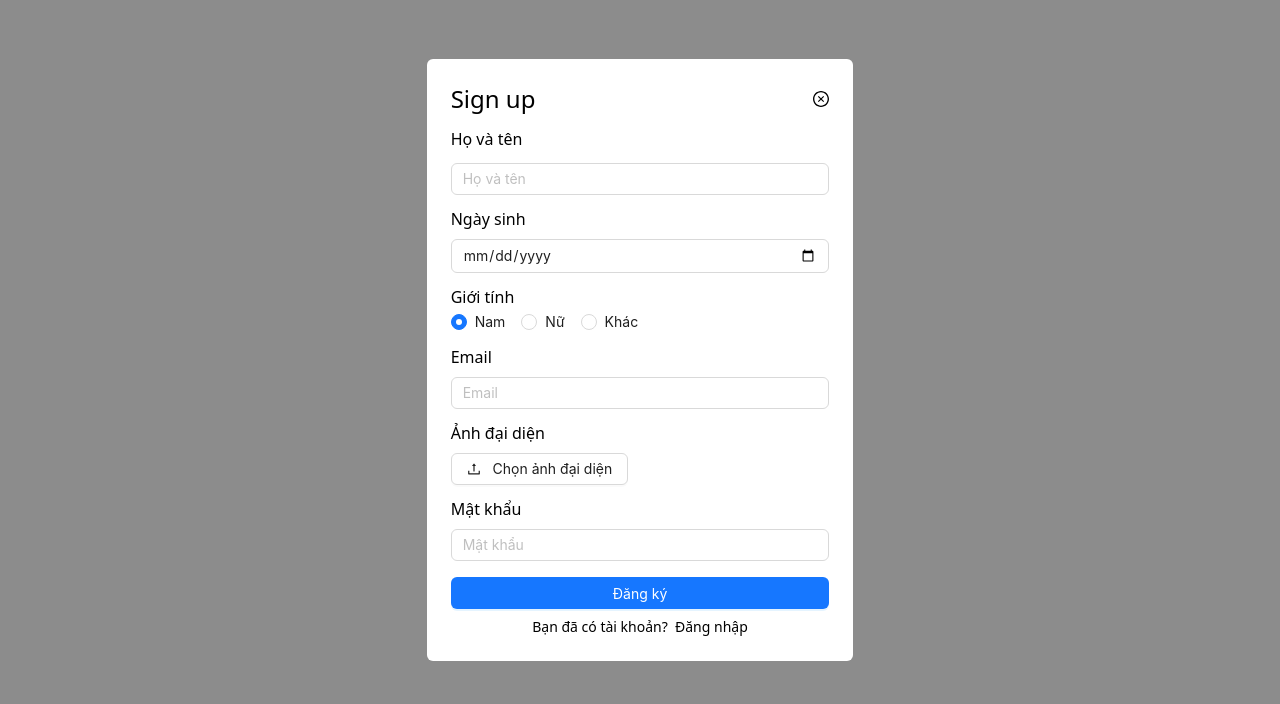
Repository: TinhTT336/MD02_Session14
Page: / (app in client/)
An editor plug-in stored every save of this project. The page is shown before and after the next save, followed by the edit.
The browser window is 1280 px wide. The pictures show the whole page.
The project was rebuilt for these pictures with package versions that can differ from the ones it lists, and the page was loaded fresh each time. Also part of the build but not shown: client/vite.config.js, client/src/components/UploadSingleFile.jsx, client/src/components/register/register.css, client/src/components/register/Register.jsx, client/src/components/register/RegisterWithImg.jsx.

Above is the page before, as saved 2023-09-14 16:48:21.

### client/index.html
<!DOCTYPE html>
<html lang="en">
  <head>
    <meta charset="UTF-8" />
    <link rel="icon" type="image/svg+xml" href="/vite.svg" />
    <meta name="viewport" content="width=device-width, initial-scale=1.0" />
    <title>Vite + React</title>
    <!-- <link
      href="https://cdn.jsdelivr.net/npm/bootstrap@5.0.2/dist/css/bootstrap.min.css"
      rel="stylesheet"
      integrity="sha384-EVSTQN3/azprG1Anm3QDgpJLIm9Nao0Yz1ztcQTwFspd3yD65VohhpuuCOmLASjC"
      crossorigin="anonymous"
    />
    <link
      rel="stylesheet"
      href="https://cdnjs.cloudflare.com/ajax/libs/font-awesome/6.4.2/css/all.min.css"
      integrity="sha512-z3gLpd7yknf1YoNbCzqRKc4qyor8gaKU1qmn+CShxbuBusANI9QpRohGBreCFkKxLhei6S9CQXFEbbKuqLg0DA=="
      crossorigin="anonymous"
      referrerpolicy="no-referrer"
    /> -->
  </head>
  <body>
    <div id="root"></div>
    <script type="module" src="/src/main.jsx"></script>
  </body>
</html>

### client/src/App.jsx

import './App.css'
import UploadSingleFile from './components/UploadSingleFile'
import Register from './components/register/Register'
import RegisterWithImg from './components/register/RegisterWithImg'
import Signup from './components/signup/Signup'

function App() {

  return (
    <>
      {/* <UploadSingleFile /> */}
      {/* <Register /> */}
      {/* <RegisterWithImg /> */}
      <Signup />
    </>
  )
}

export default App

### client/src/App.css
* {
  margin: 0;
  padding: 0;
  box-sizing: border-box;
}
.btn-primary {
  background-color: #1677ff !important;
}
.btn-primary:hover {
  background-color: #4096ff !important;
}

### client/src/components/signup/Signup.jsx
import React, { useState } from 'react';
import { CloseCircleOutlined, UploadOutlined } from "@ant-design/icons";
import { Input, Radio, Button, message, Upload, Space, notification } from 'antd';
// import { async } from '@firebase/util';
import { getDownloadURL, ref, uploadBytes } from '@firebase/storage';
import { storage } from '../../firebase/configFirebase';
import { validateEmail, validatePassword } from '../../utils/formatData';
import axios from 'axios';

export default function Signup() {
    const [gender, setGender] = useState(0);
    const [imageUrl, setImageUrl] = useState(null);

    const [user, setUser] = useState({
        username: '',
        dateOfBirth: "",
        email: '',
        avatar: "",
        password: '',
        role: 1,
    })

    const handleCheck = (e) => {
        console.log("radio checked", e.target.value);
        setGender(e.target.value);
    };

    //tao 1 tham chieu den thu muc chua kho anh tren firebase
    const imageListRef = ref(storage, 'images/')

    //Props cuar Upload
    const props = {
        name: 'file',
        action: 'https://www.mocky.io/v2/5cc8019d300000980a055e76',
        headers: {
            authorization: 'authorization-text',
        },
        onChange(info) {
            if (info.file.status !== 'uploading') {
                console.log(info.file.response.url, info.fileList);
            }
            if (info.file.status === 'done') {
                //lay duong dan cua anh sau khi hoan tat qua trinh tai
                const downloadURL = info.file.response.url;
                //luu duong dan vao 1 state
                setImageUrl(downloadURL);
                message.success("Tải lên hình ảnh thành công");
                console.log(imageUrl);
                console.log(downloadURL);
            } else if (info.file.status === 'error') {
                message.error("Tải lên hình ảnh thất bại");
            }
        },
        customRequest: async ({ file, onSuccess, onError }) => {
            try {
                //tao 1 tham chieu den thu muc chua kho anh tren firebase
                const imageRef = ref(imageListRef, file.name)

                // tai anh len firebase
                await uploadBytes(imageRef, file)

                //lay url tu firebase ve
                const downloadURL = await getDownloadURL(imageRef)

                //goi ham onSuccess de thong bao upload anh thanh cong
                onSuccess({ url: downloadURL });

            } catch (error) {
                onError(error)
            }
        }
    };

    // ham lay thong tin tu o input
    const handleInputChange = (e) => {
        const { name, value } = e.target;
        console.log(name, value);
        setUser({ ...user, [name]: value })
    }

    // ham submit
    const handleSubmit = (e) => {
        e.preventDefault();
        if (!user.username) {
            notification.error({
                message: "Cảnh báo",
                description: "Họ và tên không được để trống"
            })
            return;
        } else if (!user.email) {
            notification.error({
                message: "Cảnh báo",
                description: "Email không được để trống"
            })
            return;
        }
        else if (!validateEmail(user.email)) {
            notification.error({
                message: "Cảnh báo",
                description: "Email không đúng định dạng"
            })
            return;
        }
        else if (!user.password) {
            notification.error({
                message: "Cảnh báo",
                description: "Mât khẩu không được để trống"
            })
            return;
        } else if (!validatePassword(user.password)) {
            notification.error({
                message: "Cảnh báo",
                description: "Mật khẩu không đúng định dạng"
            })
            return;
        } else {
            const newUser = {
                ...user,
                gender: user.gender,
                role: 1,
                avatar: imageUrl
            }
            console.log("==>", newUser);
            // goi API thêm
            axios.post("http://localhost:3000/users", newUser)
                .then(response => {
                    console.log(response);
                    if (response.status === 201) {
                        // hien thi thong bao
                        notification.success({
                            message: "Thành công",
                            description: "Thêm mới người dùng thành công"
                        });
                        localStorage.setItem("userSignup", JSON.stringify(user));
                        console.log("Chuyen trang dang nhap");
                    }
                })
                .catch(error => {
                    console.log(error);
                    // if (error.response.data === "Email already exists") {
                    //     notification.error({
                    //         message: "Cảnh báo",
                    //         description: "Email đã tồn tại trong hệ thống"
                    //     })
                    // } else {
                    //     notification.error({
                    //         message: "Cảnh báo",
                    //         description: "Lỗi hệ thống"
                    //     })
                    // }
                })
        }
    }


    return (
        <>
            <div className='fixed top-0 left-0 right-0 bottom-0 flex items-center justify-center bg-rgba-black'>
                <form className='bg-white p-6 rounded-md w-2/6' onSubmit={handleSubmit}>
                    <div className='flex items-center justify-between'>
                        <h3 className='text-2xl'>Sign up</h3>
                        <CloseCircleOutlined className='cursor-pointer hover:bg-slate-300 rounded-full' />
                    </div>
                    <div className='mt-3'>
                        <label htmlFor="username">Họ và tên</label>
                        <Input placeholder="Họ và tên" className='mt-3' name='username' id='username' onChange={handleInputChange} />
                    </div>
                    <div className='mt-3'>
                        <label htmlFor="dateOfBirth">Ngày sinh</label>
                        <Input placeholder="Ngày sinh" className='mt-2' name='dateOfBirth' id='dateOfBirth' type='date' onChange={handleInputChange} />
                    </div>
                    <div className='mt-3'>
                        <label htmlFor="dateOfBirth">Giới tính</label>
                        <div>
                            <Radio.Group onChange={handleCheck} value={gender}>
                                <Radio value={0}>Nam</Radio>
                                <Radio value={1}>Nữ</Radio>
                                <Radio value={2}>Khác</Radio>
                            </Radio.Group>
                        </div>
                    </div>
                    <div className='mt-3'>
                        <label htmlFor="email">Email</label>
                        <Input placeholder="Email" className='mt-2' name='email' id='email' type='text' onChange={handleInputChange} />
                    </div>
                    <div className='mt-3'>
                        <label htmlFor="avatar">Ảnh đại diện</label>
                        <div className=' mt-2'>
                            <div className='mb-2 '>
                                {user.avatar && <img src={imageUrl} height={100} width={100} style={{ borderRadius: "50%" }} alt="" />}
                            </div>
                            <Upload {...props}>
                                <Button icon={<UploadOutlined />}> Chọn ảnh đại diện</Button>
                            </Upload>
                        </div>
                    </div>
                    <div className='mt-3'>
                        <label htmlFor="password">Mật khẩu</label>
                        <Input placeholder="Mật khẩu" className='mt-2' name='password' id='password' type='password' onChange={handleInputChange} />
                    </div>
                    <div>
                        <Button htmlType='submit' type='primary' block className='w-full btn-primary mt-4'>Đăng ký</Button>
                    </div>
                    <div className='mt-2 flex items-center justify-center'>
                        <span className='text-sm '>Bạn đã có tài khoản? <a href="">   Đăng nhập</a></span>
                    </div>
                </form>
            </div>

        </>
    )
}

### client/src/firebase/configFirebase.js
import { initializeApp } from "firebase/app";
import { getStorage } from "firebase/storage";

const firebaseConfig = {
  apiKey: "AIzaSyD0Zt2OZZXnhp_y5Hbwztrgq-8yceFDboU",
  authDomain: "project-md02.firebaseapp.com",
  projectId: "project-md02",
  storageBucket: "project-md02.appspot.com",
  messagingSenderId: "1049986641086",
  appId: "1:1049986641086:web:83898ee5306dc048c982ef",
};

// Initialize Firebase - khoi tai firebase
const app = initializeApp(firebaseConfig);

//tao tham chieu den dich vu luu tru duoc su dung de tham chieu trong toan bo ung dung
const storage = getStorage(app);

// export ra ben ngoai de su dung
export { storage };

### client/src/utils/formatData.js
/**
 * ham format tien te Viet Nam
 * @param {*} money chuoi tien te can format
 * @returns chuoi tien te da duoc format
 * Author: TinhTT (11/09/2023)
 */
export const formatMoney = (money) => {
  return money.toLocaleString("vi", { style: "currency", currency: "VND" });
};
/**
 * ham dinh dang chuoi thoi gian
 * @param {*} date chuoi thoi gian can dinh dang
 * @returns dinh dang thoi gian theo kieu ngay-thang-nam
 * Author: TinhTT(12/9/2023)
 */
export const formatDate = (date) => {
  // lay ra dinh dang thoi gian cua chuoi dua vao thoi gian thuc
  const today = new Date(date);
  // lay ra nam
  let year = today.getFullYear();
  // lay ra thang
  let month = today.getMonth() + 1;
  if (month > 0 && month < 10) {
    month = `0${month}`;
  }
  // lay ra ngay
  let day = today.getDate();
  // tra ra chuoi can dinh dang
  return `${day}-${month}-${year}`;
};
/**
 * Validate email
 * @param {*} email : chuỗi email cần kiểm tra
 * @returns true nếu đúng định dạng, false nếu sai định dạng
 * Author: NVQUY(12/09/2023)
 */
export const validateEmail = (email) => {
  return String(email)
    .toLowerCase()
    .match(
      /^(([^<>()[\]\\.,;:\s@"]+(\.[^<>()[\]\\.,;:\s@"]+)*)|.(".+"))@((\[[0-9]{1,3}\.[0-9]{1,3}\.[0-9]{1,3}\.[0-9]{1,3}\])|(([a-zA-Z\-0-9]+\.)+[a-zA-Z]{2,}))$/
    );
};

export const validatePassword = (password) => {
  return String(password)
    .toLowerCase()
    .match(/^(?=.*[a-z])(?=.*\d)(?=.*[@$!%*?&])[A-Za-z\d@$!%*?&]{5,}$/);
};

### client/tailwind.config.js
/** @type {import('tailwindcss').Config} */
export default {
  content: ["./index.html", "./src/**/*.{js,ts,jsx,tsx}"],
  theme: {
    extend: {
      backgroundColor: {
        "rgba-black": "rgba(0,0,0,0.45)",
      },
    },
  },
  plugins: [],
};

Loaded but not shown: client/src/main.jsx (common file); client/src/index.css (common file)

After the next save:
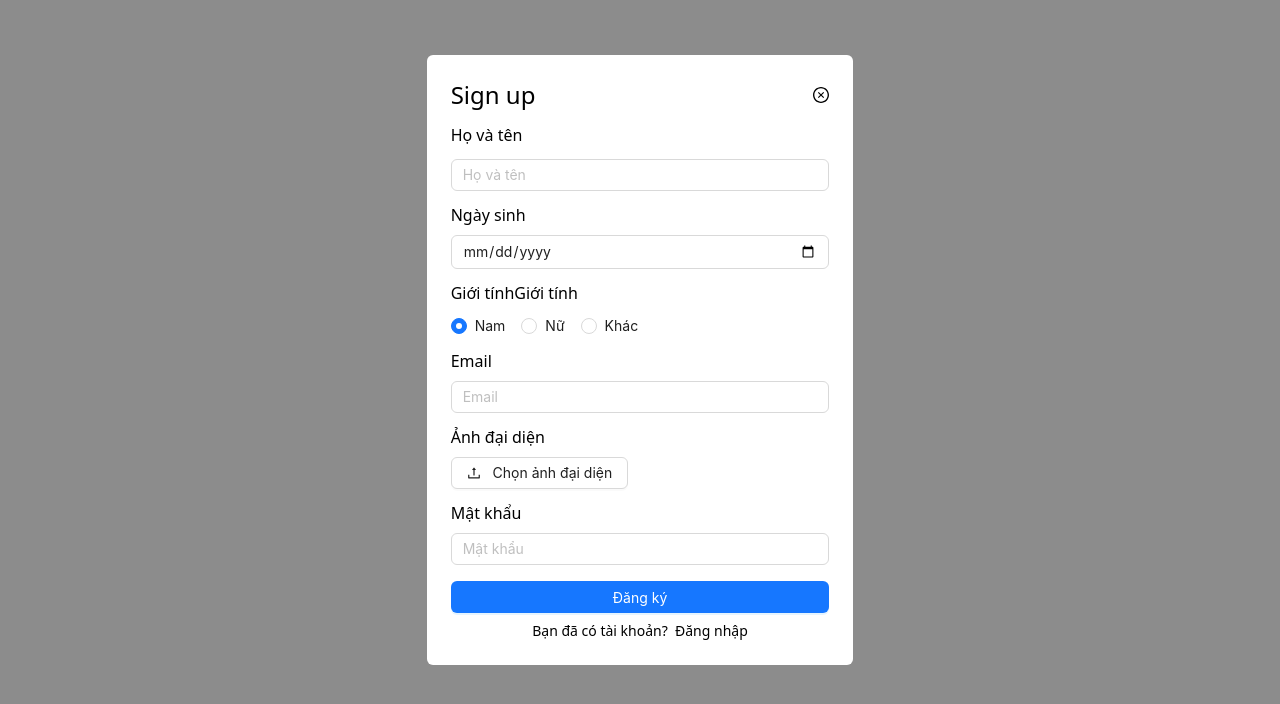
Saved 25 s later.
--- a/client/src/components/signup/Signup.jsx
+++ b/client/src/components/signup/Signup.jsx
@@ -171,7 +171,8 @@
                     </div>
                     <div className='mt-3'>
                         <label htmlFor="dateOfBirth">Giới tính</label>
-                        <div>
+                        <label htmlFor="name">Giới tính</label>
+                        <div className="mt-2">
                             <Radio.Group onChange={handleCheck} value={gender}>
                                 <Radio value={0}>Nam</Radio>
                                 <Radio value={1}>Nữ</Radio>

After the save that followed:
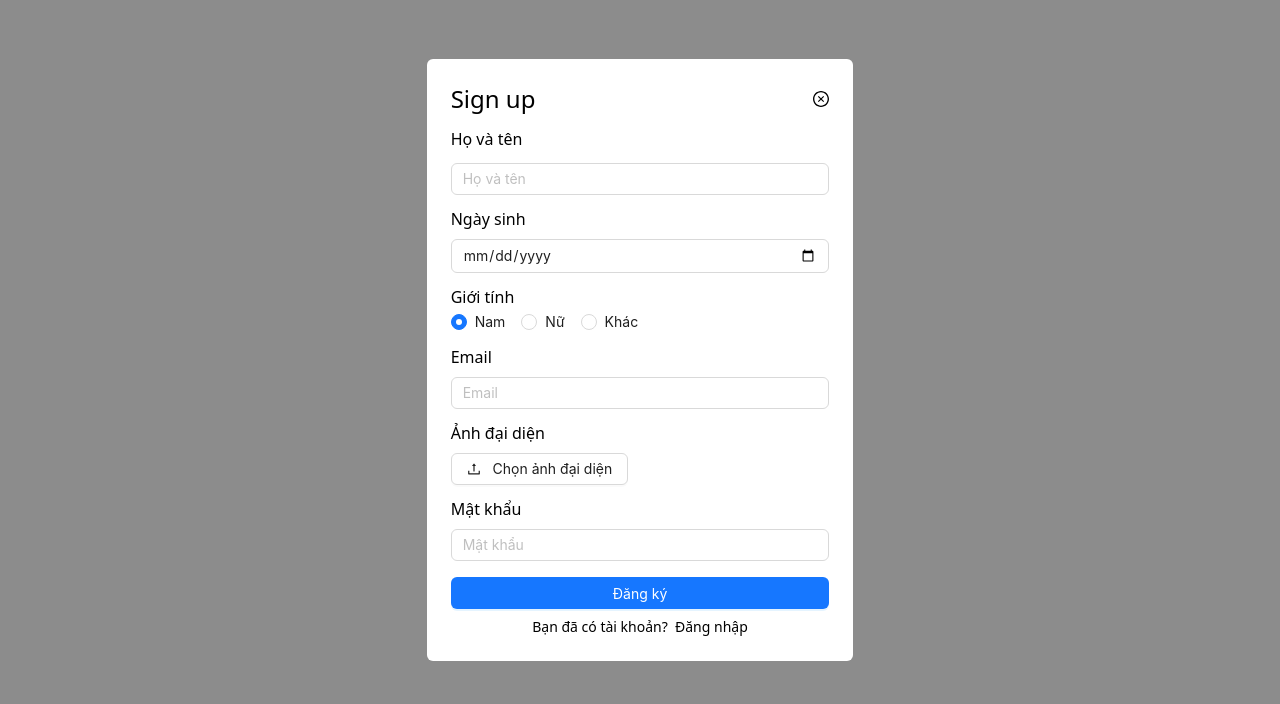
Saved 61 s later.
--- a/client/src/components/signup/Signup.jsx
+++ b/client/src/components/signup/Signup.jsx
@@ -170,15 +170,15 @@
                         <Input placeholder="Ngày sinh" className='mt-2' name='dateOfBirth' id='dateOfBirth' type='date' onChange={handleInputChange} />
                     </div>
                     <div className='mt-3'>
-                        <label htmlFor="dateOfBirth">Giới tính</label>
-                        <label htmlFor="name">Giới tính</label>
-                        <div className="mt-2">
+                        <label htmlFor="gender">Giới tính</label>
+                        <div>
                             <Radio.Group onChange={handleCheck} value={gender}>
                                 <Radio value={0}>Nam</Radio>
                                 <Radio value={1}>Nữ</Radio>
                                 <Radio value={2}>Khác</Radio>
                             </Radio.Group>
                         </div>
+
                     </div>
                     <div className='mt-3'>
                         <label htmlFor="email">Email</label>
